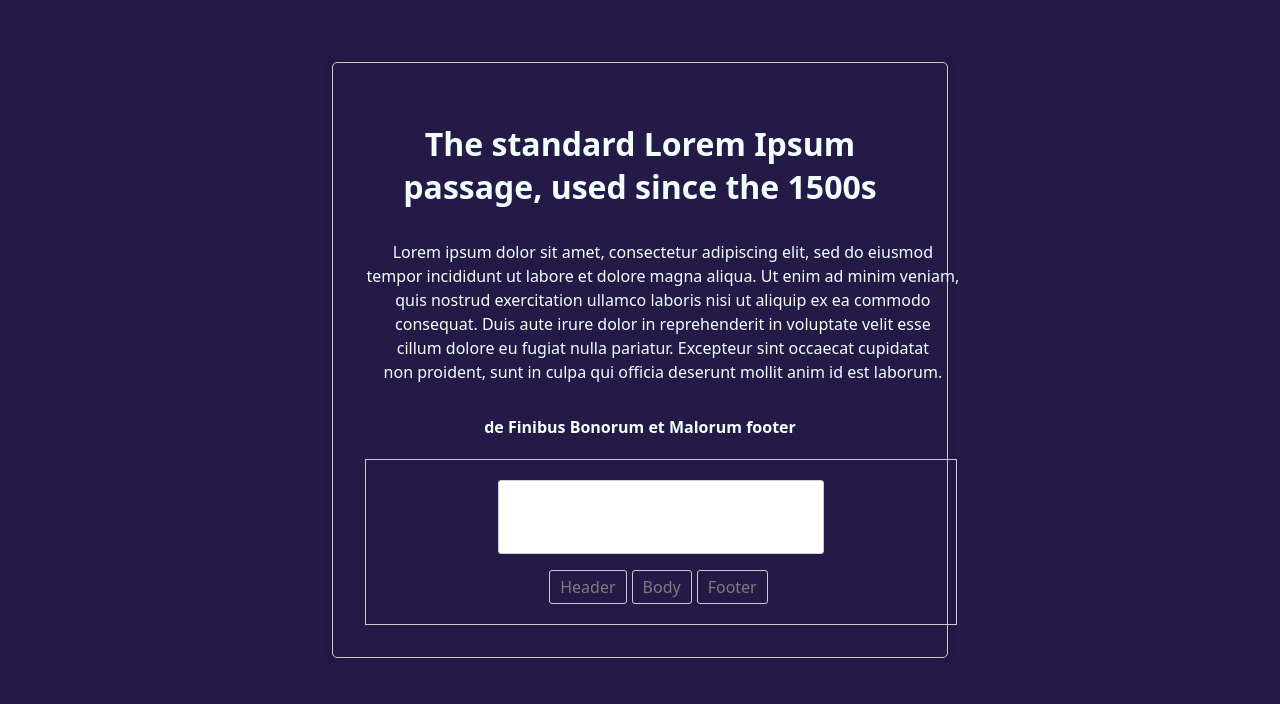
Repository: Freezler/AnnounceCraft
Page: index.html
An editor plug-in stored every save of this project. The page is shown before and after a run of saves, followed by the edit.
The browser window is 1280 px wide. The pictures show the whole page.

Above is the page before, as saved 2024-01-21 10:29:45.

### index.html
<!DOCTYPE html>
<html lang="en">

<head>
	<meta charset="UTF-8" />
	<meta name="viewport" content="width=device-width, initial-scale=1.0" />
	<title>Shopping List App</title>
	<link rel="stylesheet" href="style.css" />
</head>

<body>

	<section id="shopping-list">
		<h1>{{ header }}</h1>
		<p>{{ body }}</p>
		<h4>{{ footer }}</h4>
		<div class="choice-box">
			<input v-model="selectedText" type="text" />
			<div class="radio-container">
				<input type="radio" id="header" value="Header" v-model="selectedType" @change="updateText">
				<label for="header">Header</label>
				<input type="radio" id="body" value="Body" v-model="selectedType" @change="updateText">
				<label for="body">Body</label>
				<input type="radio" id="footer" value="Footer" v-model="selectedType" @change="updateText">
				<label for="footer">Footer</label>
			</div>
		</div>

	</section>
	<script src="https:unpkg.com/vue@3"></script>
	<script>
		const shoppingList = Vue.createApp({
			data() {
				return {
					header: "The standard Lorem Ipsum passage, used since the 1500s",
					body: "Lorem ipsum dolor sit amet, consectetur adipiscing elit, sed do eiusmod tempor incididunt ut labore et dolore magna aliqua. Ut enim ad minim veniam, quis nostrud exercitation ullamco laboris nisi ut aliquip ex ea commodo consequat. Duis aute irure dolor in reprehenderit in voluptate velit esse cillum dolore eu fugiat nulla pariatur. Excepteur sint occaecat cupidatat non proident, sunt in culpa qui officia deserunt mollit anim id est laborum.",
					footer: "de Finibus Bonorum et Malorum footer",
					selectedText: "",
					selectedType: "" // Set initial value to Header
				};
			},
			methods: {
				updateText() {
					switch (this.selectedType) {
						case "Header":
							this.header = this.selectedText;
							break;
						case "Body":
							this.body = this.selectedText;
							break;
						case "Footer":
							this.footer = this.selectedText;
							break;
					}
				}
			}
		}).mount("#shopping-list");
	</script>
</body>

</html>

### style.css
body {
    margin: 0;
    padding: 0;
    font-family: system-ui, -apple-system, BlinkMacSystemFont, 'Segoe UI', Roboto, Oxygen, Ubuntu, Cantarell, 'Open Sans', 'Helvetica Neue', sans-serif;
    background-color: hsla(255, 100%, 10%, 0.9);
    color: azure;
    text-align: center;
    height: 100vh;
    display: flex;
    flex-direction: column;
    justify-content: space-evenly;
    align-items: center;
}

section {
    padding: 2rem;
    border: 1px solid #ccc;
    border-radius: 5px;
    box-shadow: 0 0 10px rgba(0, 0, 0, 0.2);
    width: 60ch;

}

h1 {
    font-size: 2rem;
}

h1:hover {

    transform: scale(1.5);
    color: hsla(66, 80%, 50%, 0.9);
    transition: all 5s cubic-bezier(0.215, 0.610, 0.355, 1);
}
p {
    font-size: 1rem;
    width: 65ch;
    line-height: 1.5;
    margin: 2rem auto;
    text-wrap: balance;
}
label {
    display: block;
    color: #7d7d7d;
  }

  .radio-container input[type="radio"] {
    display: none;
}

.radio-container input[type="radio"] + label {
    display: inline-block;
    padding: 5px 10px;
    border: 1px solid #ccc;
    border-radius: 3px;
    margin-right: 5px;
    cursor: pointer;
}

.radio-container input[type="radio"]:checked + label {
    background-color: #e0e0e0;
}

.choice-box {
    display: flex;
    flex-direction: column;
    gap: 16px;
    justify-content: center;
    break-before: always;
    margin: 0 auto;
    width: 100%;
    border: 1px solid #ccc;
    padding: 20px;
    input {
        width: 50%;
        padding: 25px;
        border: 1px solid #ccc;
        border-radius: 3px;
        font-size: 16px;
        font-family: system-ui, -apple-system, BlinkMacSystemFont, 'Segoe UI', Roboto, Oxygen, Ubuntu, Cantarell, 'Open Sans', 'Helvetica Neue', sans-serif;
        margin: 0 auto;
        outline: none;
        &:focus {
            border-color: #007bff;
            box-shadow: 0 0 0 0.2rem rgba(0, 123, 255, 0.25);


        }
    }
}

After the next 5 saves:
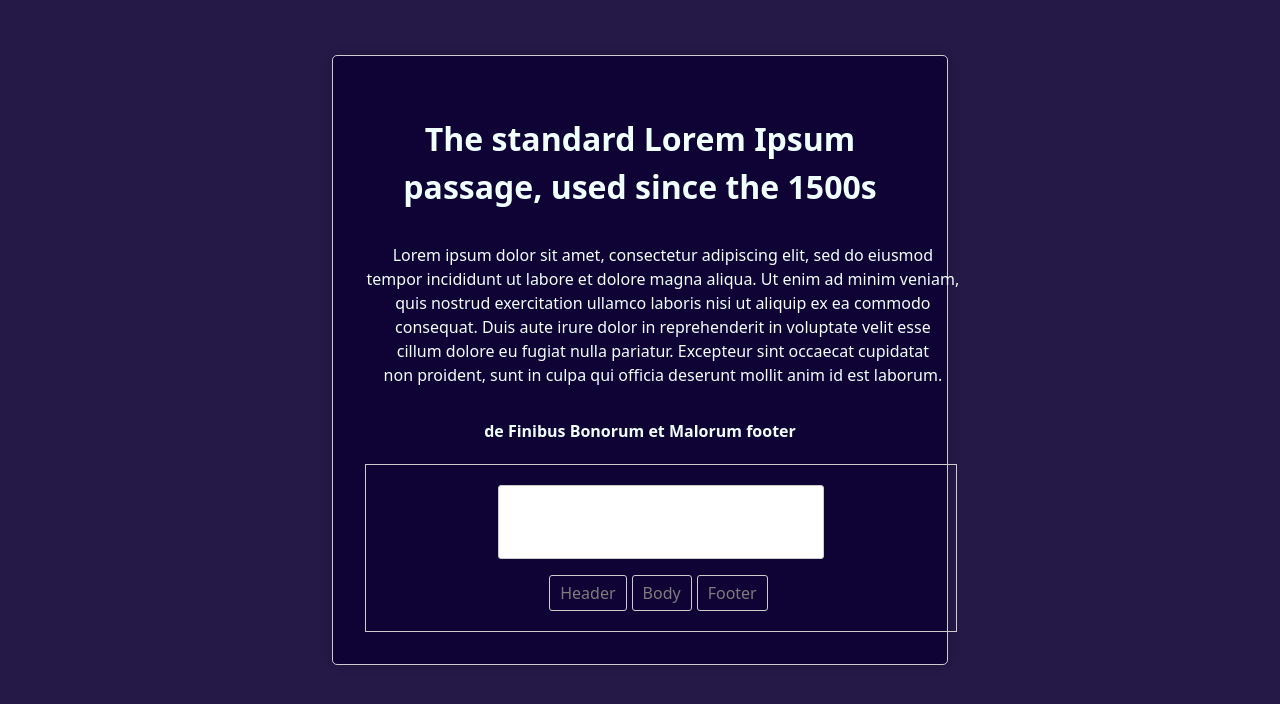
The 5 saves are shown as one change because they came seconds apart.
The last was saved 14 s later.
--- a/style.css
+++ b/style.css
@@ -18,6 +18,11 @@
     border-radius: 5px;
     box-shadow: 0 0 10px rgba(0, 0, 0, 0.2);
     width: 60ch;
+    margin: 0 auto;
+    background-color: hsla(255, 100%, 10%, 0.9);
+    transition: all 1s ease;
+    text-align: center;
+    line-height: 1.5;
 
 }
 
